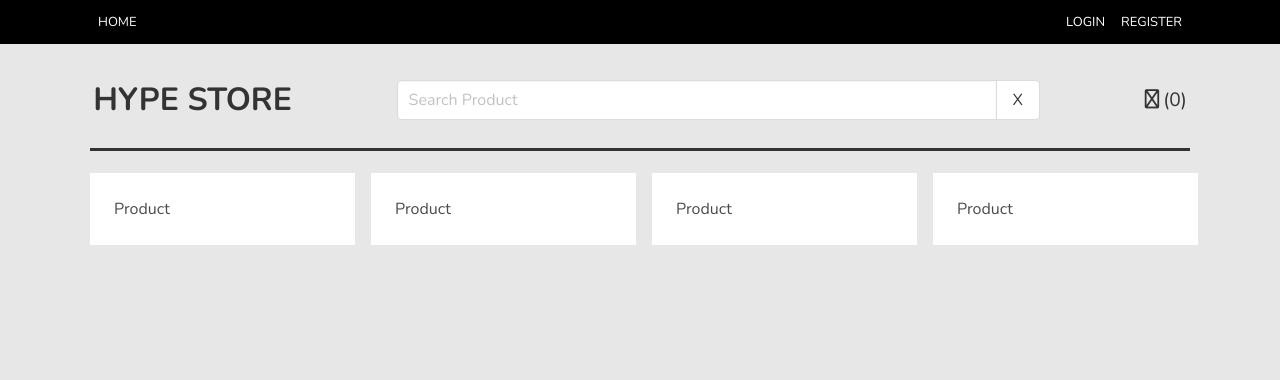
Repository: DraxZh/sneaker_shopping
Page: /
These files come from the project's save history. The page is drawn as it stood at one moment and after the next save; the edit follows.
The browser window is 1280 px wide. The pictures show the whole page.
The project was rebuilt for these pictures with package versions that can differ from the ones it lists, and the page was loaded fresh each time. Also part of the build but not shown: src/components/Login.js, src/components/NotFound.js.

Above is the page before, as saved 2021-12-01 22:13:12.

After the next save:
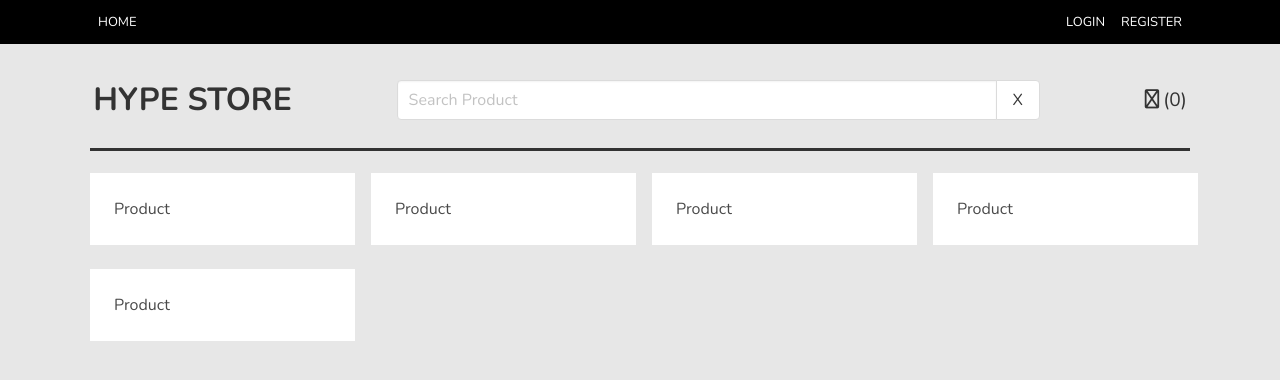
Saved 7 s later.
--- a/src/components/Products.js
+++ b/src/components/Products.js
@@ -13,6 +13,7 @@
                         <div className="column is-3"><Product /></div>
                         <div className="column is-3"><Product /></div>
                         <div className="column is-3"><Product /></div>
+                        <div className="column is-3"><Product /></div>
                     </div>
 
                 </div>
